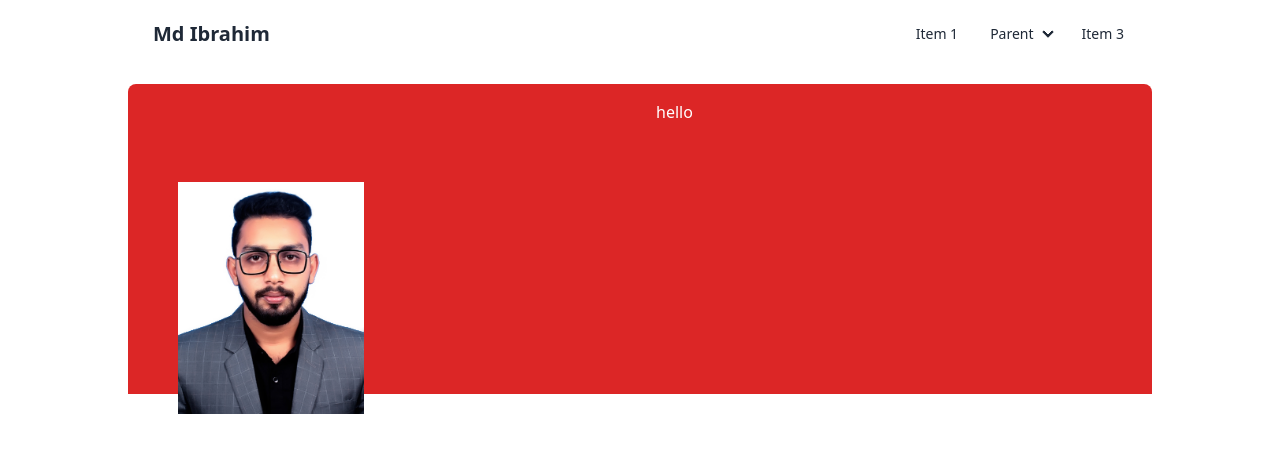
Repository: mdrubel02/portfilo
Page: /
An editor plug-in stored every save of this project. The page is shown before and after the next save, followed by the edit.
The browser window is 1280 px wide. The pictures show the whole page.
The project was rebuilt for these pictures with package versions that can differ from the ones it lists, and the page was loaded fresh each time. Also part of the build but not shown: vite.config.js.

Above is the page before, as saved 2023-06-25 10:37:50.

After the next save:
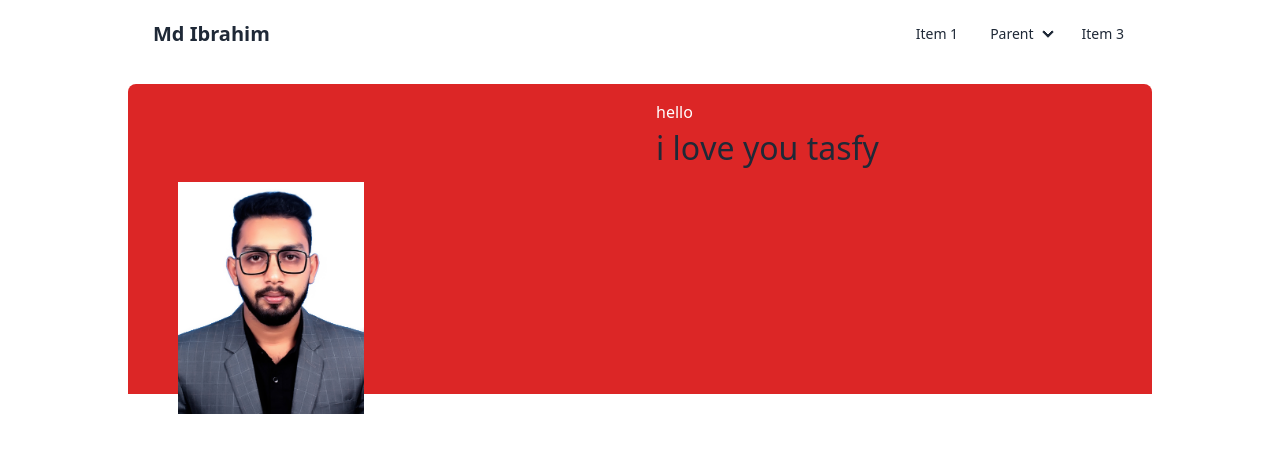
Saved 7 min 49 s later.
--- a/src/Pages/Home/Home.jsx
+++ b/src/Pages/Home/Home.jsx
@@ -1,5 +1,6 @@
 import React from 'react';
 import profile from '../../assets/nayeem.jpg'
+import AnimatedTextCharacter from '../../assets/animation/AnimatedTextCharacter/AnimatedTextCharacter';
 
 const Home = () => {
     return (
@@ -29,6 +30,7 @@ const Home = () => {
                     <div className='lg:w-1/2'>
                         <div className='p-4'>
                             <p className='text-white text-center lg:text-left'>hello</p>
+                            <AnimatedTextCharacter text="i love you tasfy"/>
                         </div>
                     </div>
                 </div>
